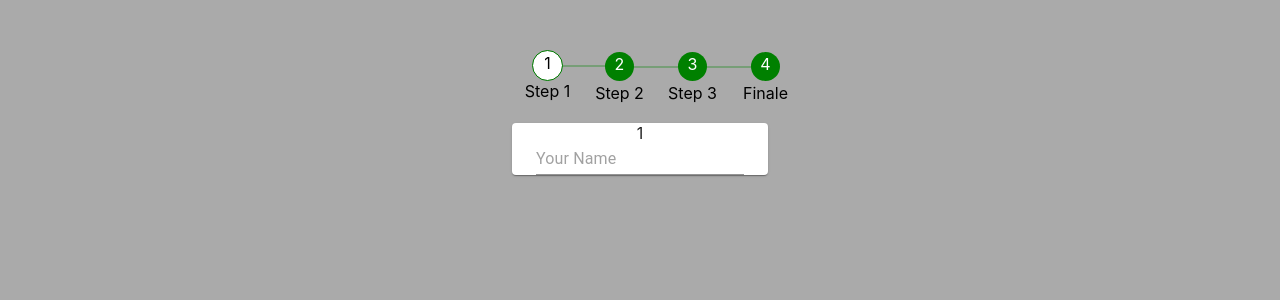
Repository: SD-Mdouka/project_step
Page: /
An editor plug-in stored every save of this project. The page is shown before and after the next save, followed by the edit.
The browser window is 1280 px wide. The pictures show the whole page.
The project was rebuilt for these pictures with package versions that can differ from the ones it lists, and the page was loaded fresh each time.

Above is the page before, as saved 2022-09-05 16:19:44.

### src/index.js
import React from "react";
import ReactDOM from "react-dom/client";
import "./index.css";
import App from "./Steps";
// import { AppBar, Toolbar, Typography } from "@material-ui/core";

const root = ReactDOM.createRoot(document.getElementById("root"));
root.render(
  <React.StrictMode>
    {/* <AppBar>
      <Toolbar>
        <Typography varient="h6">React app</Typography>
      </Toolbar>
    </AppBar> */}
    <App />
  </React.StrictMode>
);

### src/index.css
body {
    background-color: #aaa;
    margin: 0;
    font-family: -apple-system, BlinkMacSystemFont, "Segoe UI", "Roboto", "Oxygen", "Ubuntu", "Cantarell", "Fira Sans", "Droid Sans", "Helvetica Neue", sans-serif;
    -webkit-font-smoothing: antialiased;
    -moz-osx-font-smoothing: grayscale;
}

code {
    font-family: source-code-pro, Menlo, Monaco, Consolas, "Courier New", monospace;
}

.App-Project {
    margin-top: 50px;
    margin-inline: 40% !important;
}

.cirecle {
    width: 29px;
    height: 29px;
    line-height: 25px;
    background-color: green;
    color: white;
    border-radius: 50%;
    -webkit-border-radius: 50%;
    -moz-border-radius: 50%;
    -ms-border-radius: 50%;
    -o-border-radius: 50%;
    border: 2px solid transparent;
    text-align: center;
    cursor: pointer;
    background-clip: padding-box;
    -webkit-background-clip: padding-box;
}

.stepsWrapp {
    display: flex;
    margin-bottom: 20px;
    text-align: center;
}

.stepeBlock .circleWrapper {
    padding: 0px 20px;
    position: relative;
}

.selected .cirecle {
    color: black;
    background-color: white;
    border: 1px solid green;
}

.stepeBlock:not(:last-child)>.circleWrapper::after {
    content: "";
    width: 100%;
    height: 2px;
    position: absolute;
    top: 0px;
    bottom: 0px;
    background-color: green;
    margin: auto;
    z-index: -1;
}

.stepeBlock:not(:last-child)>.circleWrapper::after {
    height: 3px;
    opacity: 1;
}

.stepeBlock:not(:last-child).selected>.circleWrapper::after,
.stepeBlock:not(:last-child).selected~.stepeBlock:not(:last-child)>.circleWrapper::after {
    height: 2px;
    opacity: 0.3;
}

.pages {
    margin: 0 40%;
}

.primaryBtn {
    padding: 10px 25px;
    background-color: green;
    border: none;
    margin: 10px;
    color: white;
    border-radius: 4px;
    -webkit-border-radius: 4px;
    -moz-border-radius: 4px;
    -ms-border-radius: 4px;
    -o-border-radius: 4px;
    cursor: pointer;
}

### src/Steps/index.js
import Step from "./Step";
import PageFlex from "../App";
import React, { useState } from "react";

function App() {
  const labelArray = ["Step 1", "Step 2", "Step 3", "Finale"];
  const [currentSteps, setCurrentSteps] = useState(1);
  function updateStep(step) {
    setCurrentSteps(step);
  }
  return (
    <div className="App-Project">
      <Step
        labelArray={labelArray}
        currentSteps={currentSteps}
        updateStep={updateStep}
      ></Step>
      <p className="flex-container">
        {" "}
        <PageFlex
          currentSteps={currentSteps}
          setCurrentSteps={setCurrentSteps}
        />
      </p>
    </div>
  );
}

export default App;

### src/Steps/Step/index.js
import React, { useState } from "react";
import NavStep from "./NavStep";

const Step = (props) => {
  return (
    <div className="stepsWrapp">
      {props.labelArray.map((item, index) => (
        <NavStep
          key={index}
          index={index}
          label={item}
          updateStep={props.updateStep}
          selected={props.currentSteps === index + 1}
        ></NavStep>
      ))}
    </div>
  );
};
export default Step;

### src/App.js
import { Button, Card, Container, TextField, Box } from "@material-ui/core";
import { Field, Formik, Form } from "formik";
import React, { useState } from "react";
import * as Yup from "yup";
import "./App.css";

function App({ currentSteps, setCurrentSteps }) {
  const state = currentSteps;
  // const update = setCurrentSteps();
  return (
    <div className="App">
      <Card>
        <Container>
          <Formik
            initialValues={{ name: "", age: 18, description: "" }}
            validationSchema={Yup.object().shape({
              name: Yup.string().required("Name is required"),
              age: Yup.number().required("Age is required").min(18, "only +18"),
              description: Yup.string().min(10),
            })}
            onSubmit={(values, { setSubmitting }) => {
              setTimeout(() => {
                alert(JSON.stringify(values, null, 2));
                setSubmitting(false);
              }, 400);
            }}
          >
            {({
              values,
              errors,
              touched,
              handleChange,
              handleBlur,
              handleSubmit,
              validateField,
              isSubmitting,
              /* and other goodies */
            }) => (
              <Form onSubmit={handleSubmit}>
                {state}
                <FormStps
                  isSubmitting={isSubmitting}
                  validateField={validateField}
                  errors={errors}
                  touched={touched}
                  stpe={state}
                  // setSate={update}
                >
                  <Field
                    type="text"
                    name="name"
                    id="name"
                    onChange={handleChange}
                    onBlur={handleBlur}
                    value={values.name}
                    placeholder="Your Name"
                    component={TextField}
                    error={errors.name ? true : false}
                    helperText={errors.name && errors.name}
                  />

                  <Field
                    type="number"
                    name="age"
                    id="age"
                    onChange={handleChange}
                    onBlur={handleBlur}
                    value={values.age}
                    placeholder="Your age"
                    component={TextField}
                    error={errors.age ? true : false}
                    helperText={errors.age && errors.age}
                  />
                  <Field
                    type="text"
                    name="description"
                    id="description"
                    onChange={handleChange}
                    onBlur={handleBlur}
                    value={values.description}
                    placeholder="Description"
                    component={TextField}
                    error={errors.description ? true : false}
                    helperText={errors.description && errors.description}
                  />
                </FormStps>
              </Form>
            )}
          </Formik>
        </Container>
      </Card>
    </div>
  );
}
const FormStps = (props) => {
  const childrenArr = React.Children.toArray(props.children);
  const [step, setStep] = useState(1);
  const name = childrenArr[step - 1].props.name;
  const isErrors = props.errors[name] ? true : false;
  const isTouched = props.touched[name] ? true : false;
  const isEmpty =
    childrenArr[step - 1].props.value !== " " &&
    !childrenArr[step - 1].props.value
      ? true
      : false;
  const goBack = () => {
    setStep(step - 1);
  };
  const goNext = () => {
    if (isTouched && !isErrors) {
      setStep(step + 1);
    } else if (!isEmpty && !isErrors) {
      setStep(step + 1);
    } else {
      props.validateField(name);
    }
  };
  return (
    <>
      {childrenArr[step - 1]}
      {step > 1 ||
        (props.step > 1 && (
          <Button
            disabled={props.isSubmitting}
            variant="contained"
            color="secondary"
            onClick={goBack}
          >
            Back
          </Button>
        ))}
      {step < childrenArr.length ||
        (props.step > childrenArr.length && (
          <Button
            disabled={props.isSubmitting}
            variant="contained"
            onClick={goNext}
          >
            Next
          </Button>
        ))}
      <br />
      {step === childrenArr.length ||
        (props.state === childrenArr.length && (
          <Button
            type="submit"
            disabled={props.isSubmitting}
            variant="contained"
            color="primary"
          >
            Submit
          </Button>
        ))}
    </>
  );
};
export default App;

### src/Steps/Step/NavStep/index.js
import React from "react";

const NavStep = (props) => {
  return (
    <div className={"stepeBlock" + (props.selected ? " selected" : "")}>
      <div
        className="circleWrapper"
        onClick={() => props.updateStep(props.index + 1)}
      >
        <div className="cirecle">{props.index + 1}</div>
      </div>
      <span>{props.label}</span>
    </div>
  );
};
export default NavStep;

Loaded but not shown: public/index.html (common file); src/App.css (common file)

After the next save:
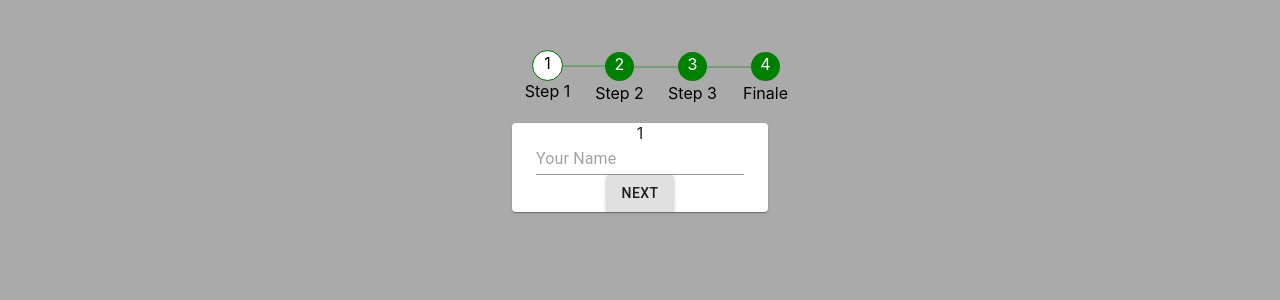
Saved 113 s later.
--- a/src/App.js
+++ b/src/App.js
@@ -43,7 +43,7 @@ function App({ currentSteps, setCurrentSteps }) {
                   validateField={validateField}
                   errors={errors}
                   touched={touched}
-                  stpe={state}
+                  stape={state}
                   // setSate={update}
                 >
                   <Field
@@ -118,39 +118,36 @@ const FormStps = (props) => {
   return (
     <>
       {childrenArr[step - 1]}
-      {step > 1 ||
-        (props.step > 1 && (
-          <Button
-            disabled={props.isSubmitting}
-            variant="contained"
-            color="secondary"
-            onClick={goBack}
-          >
-            Back
-          </Button>
-        ))}
-      {step < childrenArr.length ||
-        (props.step > childrenArr.length && (
-          <Button
-            disabled={props.isSubmitting}
-            variant="contained"
-            onClick={goNext}
-          >
-            Next
-          </Button>
-        ))}
+      {step > 1 && props.step && (
+        <Button
+          disabled={props.isSubmitting}
+          variant="contained"
+          color="secondary"
+          onClick={goBack}
+        >
+          Back
+        </Button>
+      )}
+      {step < childrenArr.length && (
+        <Button
+          disabled={props.isSubmitting}
+          variant="contained"
+          onClick={goNext}
+        >
+          {props.state} Next
+        </Button>
+      )}
       <br />
-      {step === childrenArr.length ||
-        (props.state === childrenArr.length && (
-          <Button
-            type="submit"
-            disabled={props.isSubmitting}
-            variant="contained"
-            color="primary"
-          >
-            Submit
-          </Button>
-        ))}
+      {step === childrenArr.length && (
+        <Button
+          type="submit"
+          disabled={props.isSubmitting}
+          variant="contained"
+          color="primary"
+        >
+          Submit
+        </Button>
+      )}
     </>
   );
 };
